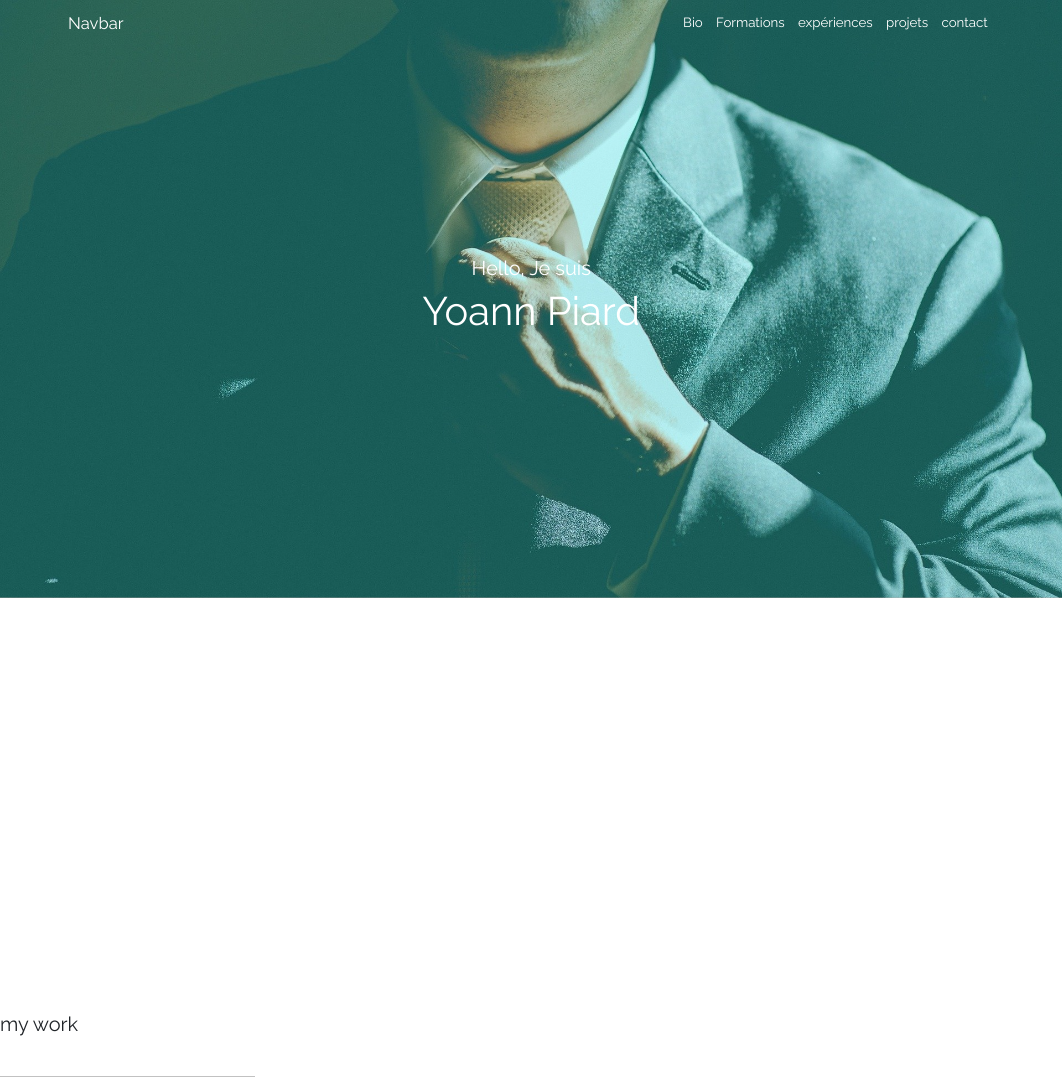
Repository: ypiard85/port-folio-bootstrap-yoann-2021
Page: index.html
The author's editor kept a copy of each file at every save. The page is drawn from the files as they stood at one save, then again after the next save.
The browser window is 1280 px wide. The pictures show the whole page, at 83% of full size.

Above is the page before, as saved 2021-03-09 15:06:31.
Console error: TypeError: window.onload is not a function

After the next save:
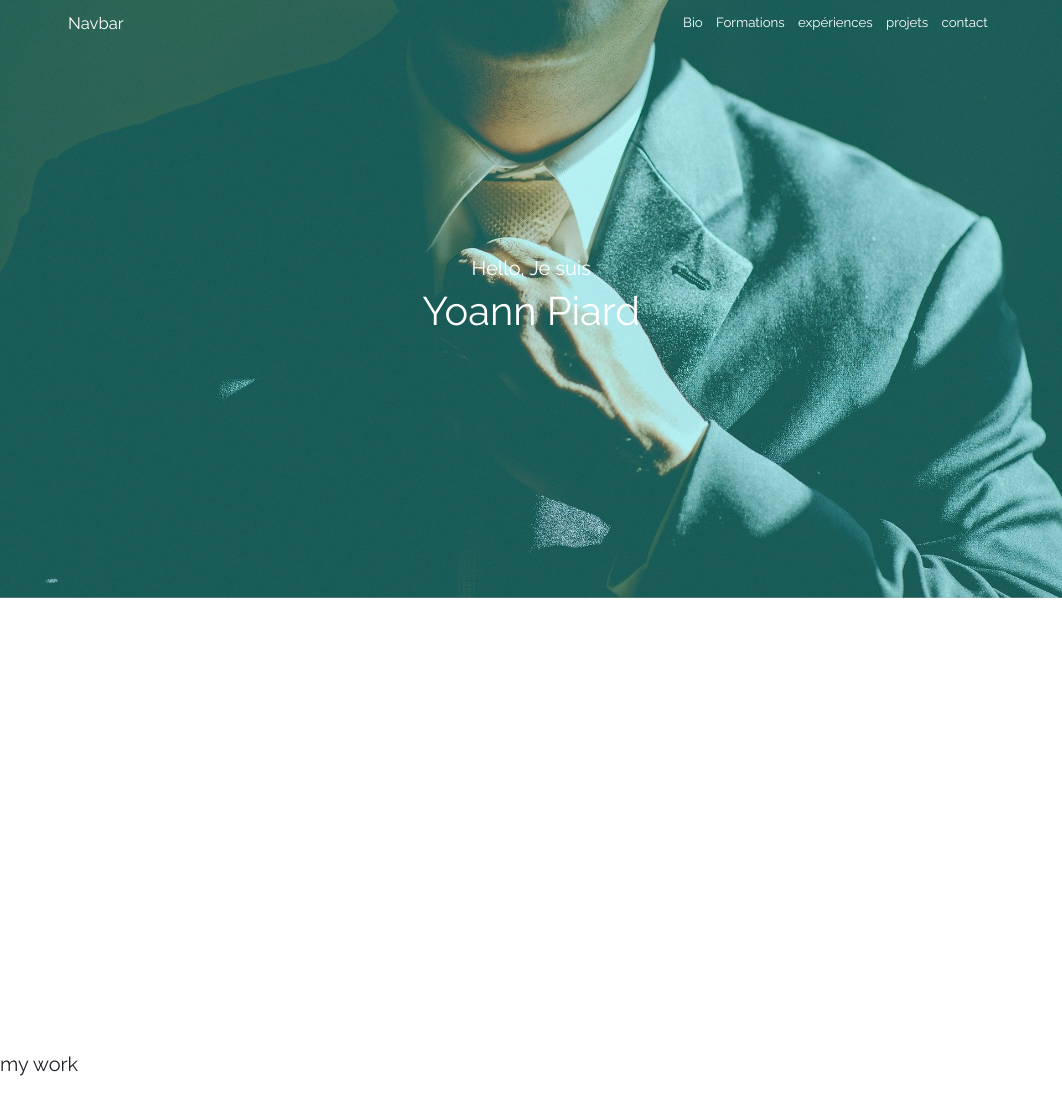
Saved 5 s later.
--- a/index.html
+++ b/index.html
@@ -88,7 +88,7 @@
       </div>
     </section>
 
-    <section class="my_cork mt-5 mb-5">
+    <section class="my_cork pt-5 mb-5">
         <h4>my work</h4>
     </section>
 
